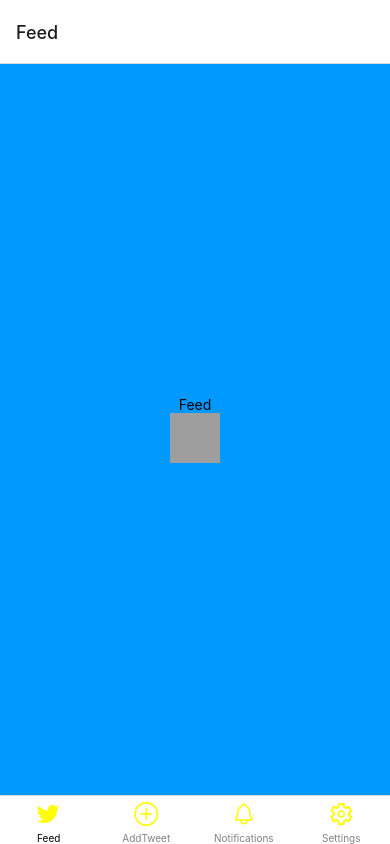
Repository: Deyvid-Kasteh/ReactNativeNavigationTraining
Screen: /
These files come from the project's save history. The screen is drawn as it stood at one moment and after the next save; the edit follows.
Pictures or frames that could not be fetched are drawn as grey boxes. The app was drawn by React Native's web renderer in a window 390 px wide. The project was rebuilt for these pictures with package versions that can differ from the ones it lists, and the page was loaded fresh each time. Also part of the build but not shown: screens/BottomTab/Notifications.js, screens/BottomTab/AddTweet.js, screens/BottomTab/Settings.js.

Above is the screen before, as saved 2023-08-03 16:55:26.

After the next save:
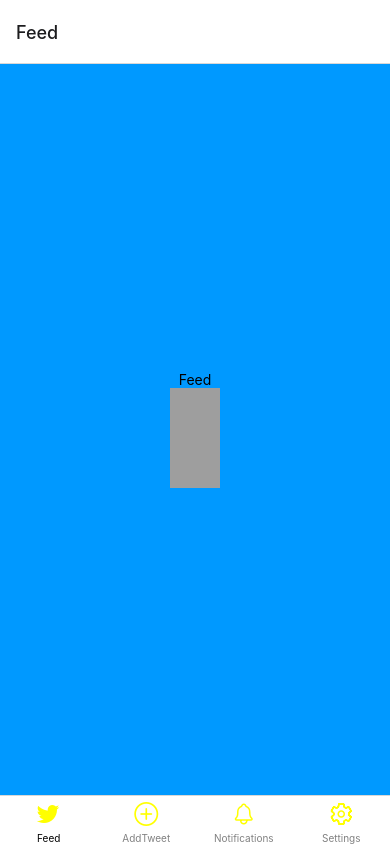
Saved 11 s later.
--- a/screens/BottomTab/Feed.js
+++ b/screens/BottomTab/Feed.js
@@ -49,7 +49,8 @@ const styles = StyleSheet.create({
     alignItems: "center",
   },
   profileImage: {
-
-  }
+    width: 50,
+    height: 50,
+  },
   // style={{width: '100%', height: '50%'}}
 });

After the save that followed:
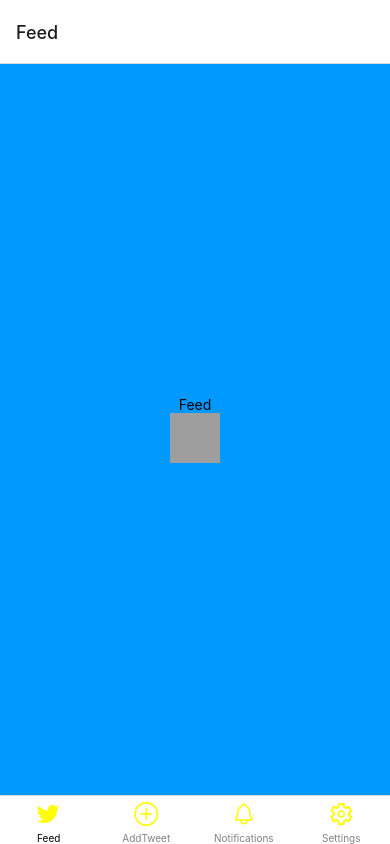
Saved 11 s later.
--- a/screens/BottomTab/Feed.js
+++ b/screens/BottomTab/Feed.js
@@ -26,7 +26,6 @@ export default function Feed() {
       <View style={styles.container}>
         <Text>Feed</Text>
         <Image
-          style={{ width: 50, height: 50 }}
           source={{
             uri: "https://avatars.githubusercontent.com/u/99744584?s=96&v=4",
           }}
